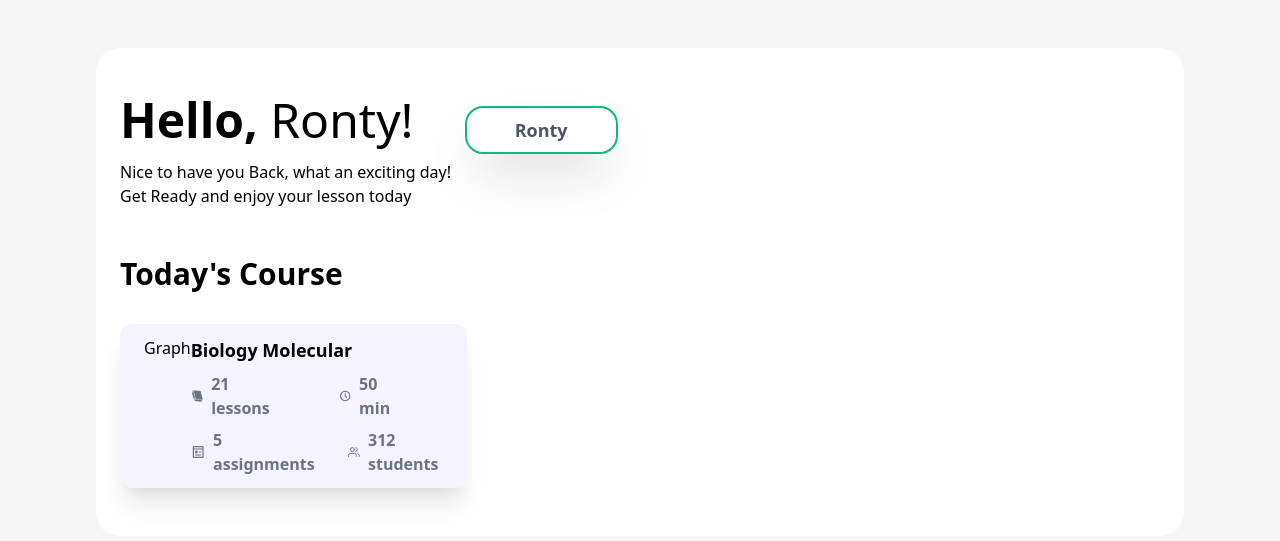
Repository: coolronts/Vite-Tailwind
Page: /
The author's editor kept a copy of each file at every save. The page is drawn from the files as they stood at one save, then again after the next save.
The browser window is 1280 px wide. The pictures show the whole page.
The project was rebuilt for these pictures with package versions that can differ from the ones it lists, and the page was loaded fresh each time. Also part of the build but not shown: vite.config.js.

Above is the page before, as saved 2021-11-26 07:46:33.

After the next save:
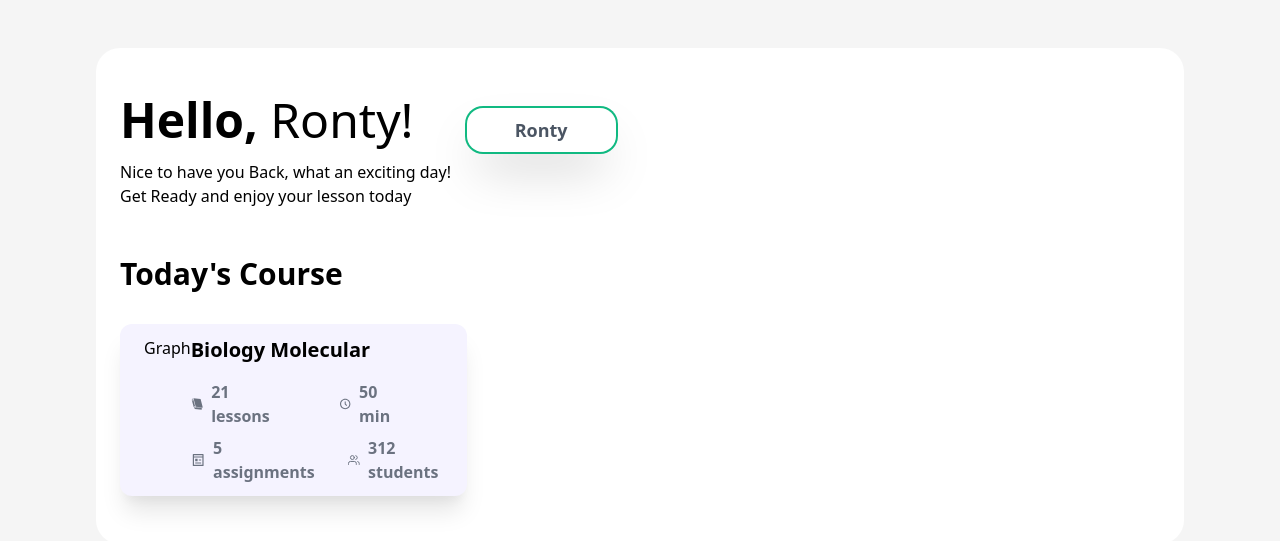
Saved 10 s later.
--- a/src/Section/Course/index.jsx
+++ b/src/Section/Course/index.jsx
@@ -12,7 +12,7 @@ export default function Course() {
         Graph
       </div>
       <div id="right">
-        <h4 className="font-bold text-lg mb-2">Biology Molecular</h4>
+        <h4 className="font-bold text-xl mb-4">Biology Molecular</h4>
         <div className="flex flex-col w-5/6">
           <div className="flex  text-gray-500 font-semibold mb-2">
             <p className="flex items-center mr-16"> <GiWhiteBook className="mr-2"/>  21 lessons</p>
